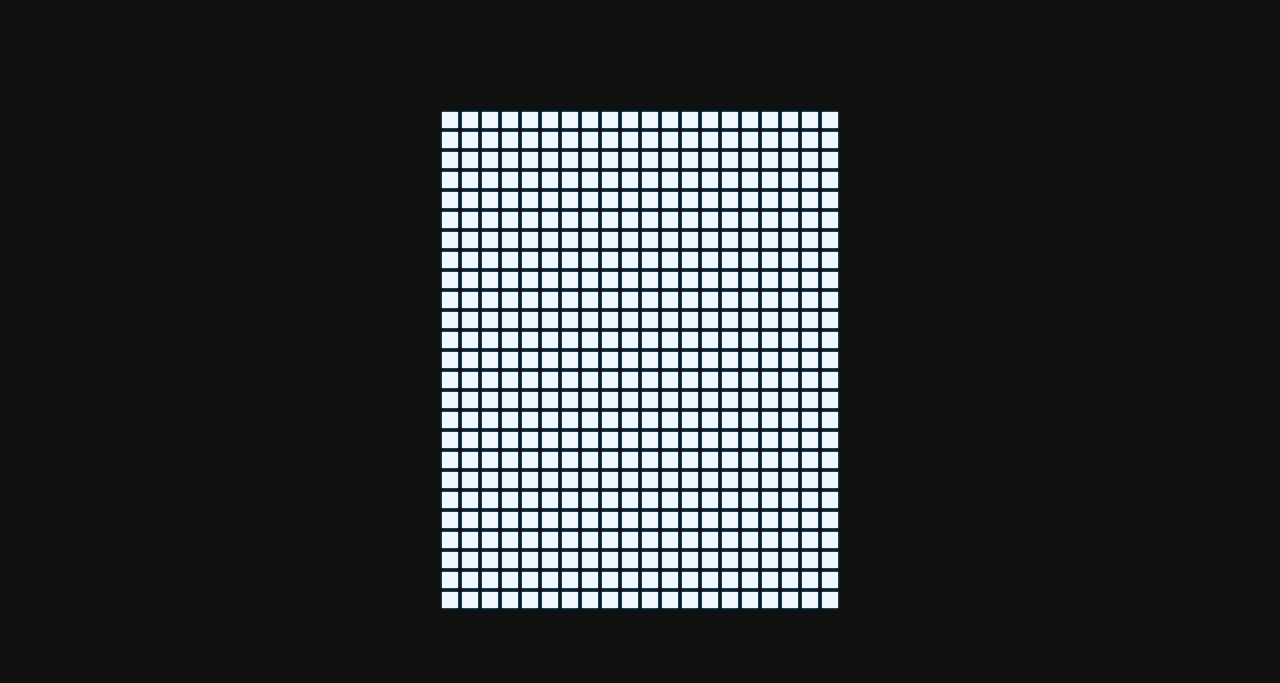
Repository: MorgunovaAlexandra/board-hover
Page: index.html
The author's editor kept a copy of each file at every save. The page is drawn from the files as they stood at one save, then again after a run of saves.
The browser window is 1280 px wide. The pictures show the whole page.

Above is the page before, as saved 2022-07-01 15:04:31.

### index.html

<!DOCTYPE html>
<html lang="en">
<head>
  <meta charset="UTF-8" />
  <meta name="viewport" content="width=device-width, initial-scale=1.0" />
  <link rel="stylesheet" href="styles.css" />
  <title>Доска | Проект 4</title>
</head>
<body>
<div class="container" id="board">

</div>
<script src="./app.js"></script>
</body>
</html>

### styles.css
* {
  box-sizing: border-box;
}

body {
  background-color: #111;
  display: flex;
  align-items: center;
  justify-content: center;
  height: 100vh;
  overflow: hidden;
  margin: 0;
}
.container{
  display: flex;
  justify-content: center;
  align-items: center;
  flex-wrap: wrap;
  max-width: 400px;
}
.square{
width: 16px;
height: 16px;
background-color: aliceblue;
margin: 2px;
box-shadow: 0 0 2px rgb(51, 177, 255);
transition:  2s ease;
}
.square:hover{
  transition-duration:0s ;
}

### app.js
const board=document.querySelector('#board')
const colors=['rgb(93, 140, 176)','rgb(147, 124, 229)','rgb(242, 136, 213)','rgb(237, 106, 106)','rgb(255, 99, 172)','rgb(99, 255, 172)','rgb(255, 250, 99)','rgb(51, 177, 255)']
const SQUERS_NUMBER=500;
for(let i=0;i<SQUERS_NUMBER;i++){
    const squre=document.createElement('div');
    squre.classList.add('square');
    squre.addEventListener('mousemove',()=>{
        setColor(squre)
    })
    squre.addEventListener('mouseleave',()=>{
      removeColor(squre)
    })
    board.append(squre)
}
function setColor(element){
    const color=getColor()
    element.style.backgroundColor=color
    element.style.boxShadow=`0 0 2px ${color}, 0 0 10px ${color} `
}
function removeColor(element){
    element.style.backgroundColor='aliceblue';
    element.style.boxShadow='0 0 2px black';
}
function getColor(){
    const index=Math.floor(Math.random()*colors.length)
    return colors[index]
}

After the next 2 saves:
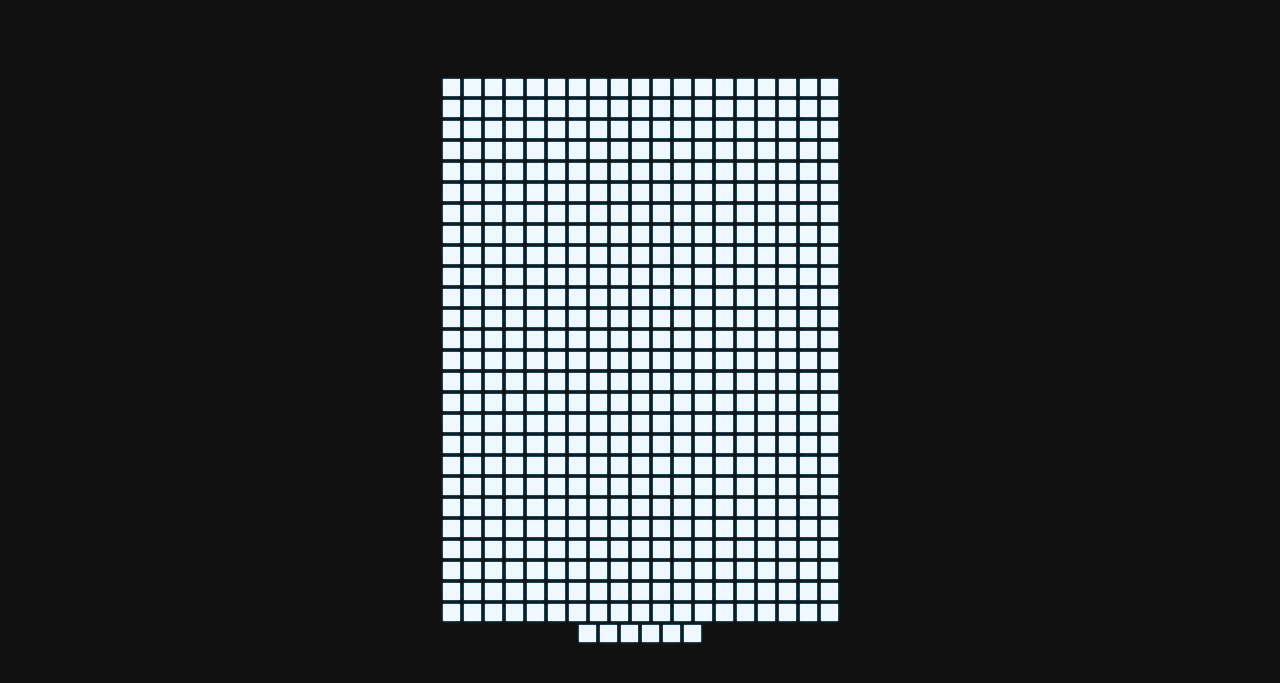
The 2 saves are shown as one change because they came seconds apart.
The last was saved 8 s later.
--- a/styles.css
+++ b/styles.css
@@ -19,8 +19,8 @@
   max-width: 400px;
 }
 .square{
-width: 16px;
-height: 16px;
+width: 17px;
+height: 17px;
 background-color: aliceblue;
 margin: 2px;
 box-shadow: 0 0 2px rgb(51, 177, 255);

After the 3 saves that followed:
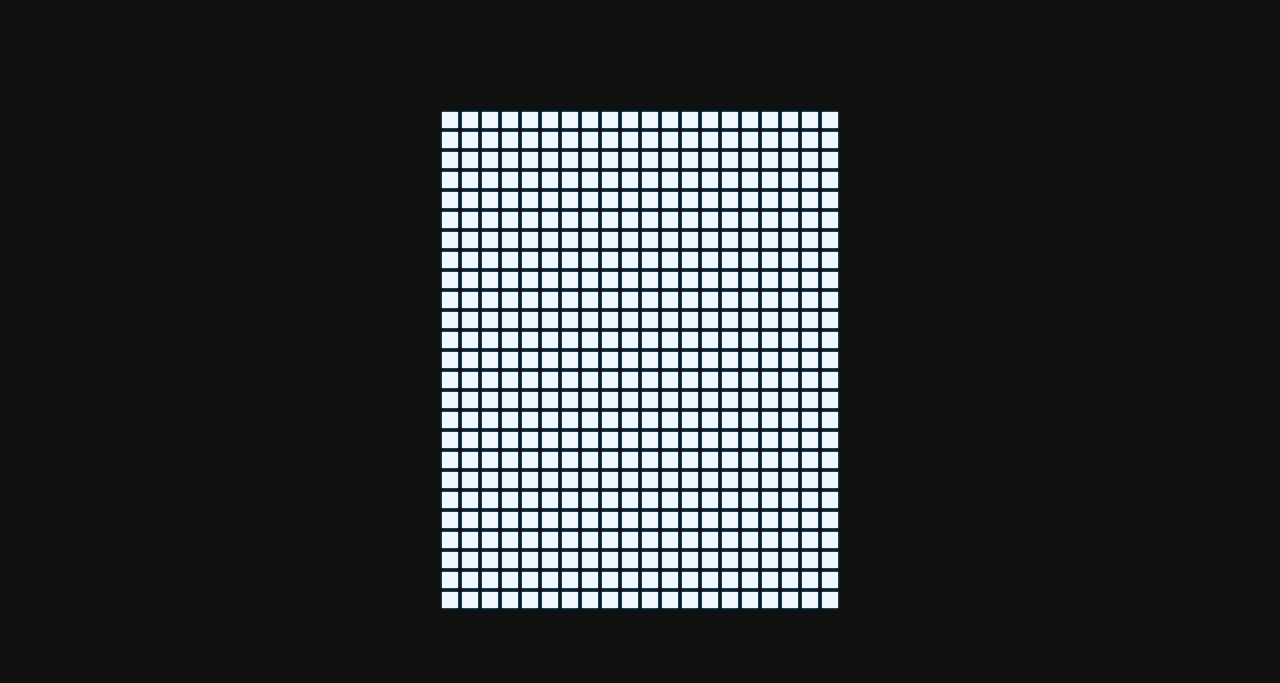
The 3 saves are shown as one change because they came seconds apart.
The last was saved 25 s later.
--- a/styles.css
+++ b/styles.css
@@ -19,8 +19,8 @@
   max-width: 400px;
 }
 .square{
-width: 17px;
-height: 17px;
+width: 16px;
+height: 16px;
 background-color: aliceblue;
 margin: 2px;
 box-shadow: 0 0 2px rgb(51, 177, 255);
